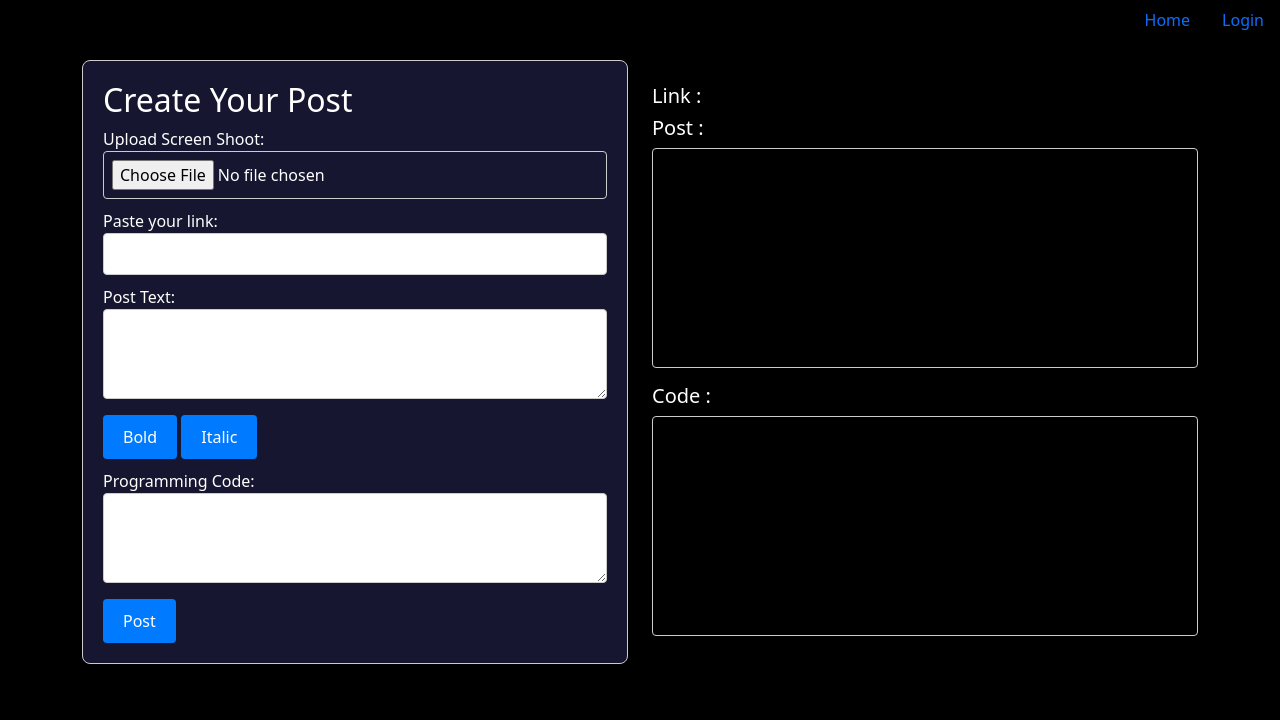
Repository: jaseem1999/sdCommunity
Page: http://localhost/sdCommunity/UserPost.jsp
The author's editor kept a copy of each file at every save. The page is drawn from the files as they stood at one save, then again after the next save.
The browser window is 1280 px wide. The pictures show the whole page.
The page is served by Tomcat 9.

Above is the page before, as saved 2023-09-29 15:30:08.

After the next save:
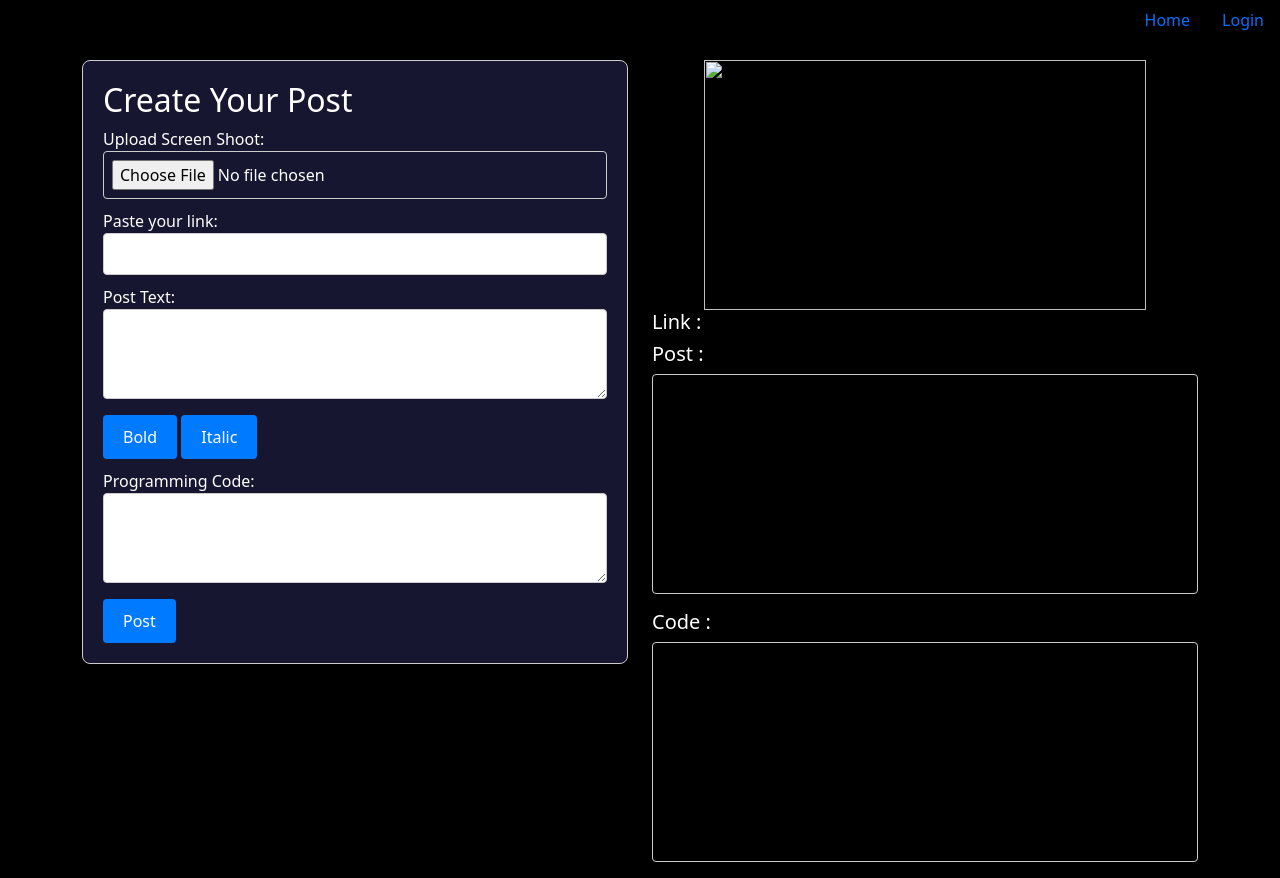
Saved 79 s later.
--- a/sdCommunity/src/main/webapp/UserPost.jsp
+++ b/sdCommunity/src/main/webapp/UserPost.jsp
@@ -67,7 +67,7 @@ String position = (String) session.getAttribute("position");
         border-radius: 8px;
     }
     .profileImg{
-		height: auto;
+		height: 250px;
 		border: 1 solid white;
 	}
 	#center{
